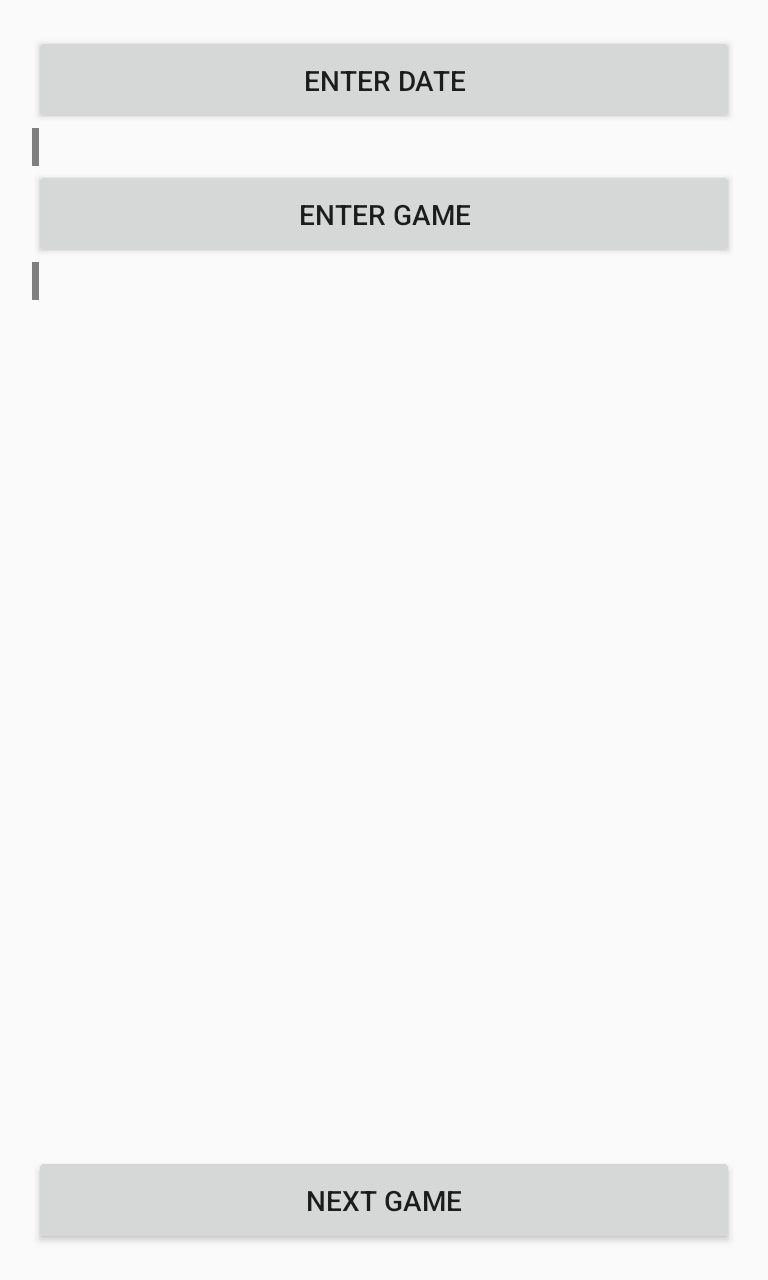
Repository: charlesweng/school
Layout: simpleandroidapps/GettingToKnowUIActivities/charleswengScoringProject/charleswengScoring/res/layout/activity_main.xml
The author's editor kept a copy of each file at every save. The layout is drawn from the files as they stood at one save, then again after the next save.
Pictures or frames that could not be fetched are drawn as grey boxes. It is drawn on a 768 x 1280 px phone screen (xhdpi) without system bars, with theme AppTheme; the app's code is not run.

Above is the layout before, as saved 2014-04-28 06:48:57.

### simpleandroidapps/GettingToKnowUIActivities/charleswengScoringProject/charleswengScoring/res/layout/activity_main.xml
<?xml version="1.0" encoding="utf-8"?>
<RelativeLayout xmlns:android="http://schemas.android.com/apk/res/android"
    xmlns:tools="http://schemas.android.com/tools"
    android:id="@+id/container"
    android:layout_width="match_parent"
    android:layout_height="match_parent"
    android:paddingBottom="@dimen/activity_vertical_margin"
    android:paddingLeft="@dimen/activity_horizontal_margin"
    android:paddingRight="@dimen/activity_horizontal_margin"
    android:paddingTop="@dimen/activity_vertical_margin"
    >


    <Button
        android:id="@+id/datebutton"
        android:layout_width="fill_parent"
        android:layout_height="wrap_content"
        android:layout_alignParentTop="true"
        android:layout_centerHorizontal="true"
        android:text="@string/enter_date"
        android:onClick="showDatePickerDialog"/>

	<fragment
	    android:name="com.example.charleswengscoring.DateFragment"
	    android:id="@+id/fragment_date"
	    android:layout_width="wrap_content"
	    android:layout_height="wrap_content"
	    android:layout_below="@+id/datebutton"
	/>

    <Button
        android:id="@+id/gamebutton"
        android:layout_width="fill_parent"
        android:layout_height="wrap_content"
        android:onClick="clickGame"
        android:layout_below="@+id/fragment_date"
        android:text="@string/enter_game" />

    <fragment
        android:name="com.example.charleswengscoring.TeamFragment"
        android:id="@+id/fragment_team"
        android:layout_width="wrap_content"
        android:layout_height="wrap_content"
        android:layout_below="@+id/gamebutton"
    />

    <Button
        android:id="@+id/nextbutton"
        android:layout_width="fill_parent"
        android:layout_height="wrap_content"
        android:layout_alignParentBottom="true"
        android:layout_centerHorizontal="true"
        android:onClick="clickNext"
        android:text="@string/next_game" />


</RelativeLayout>

### simpleandroidapps/GettingToKnowUIActivities/charleswengScoringProject/charleswengScoring/res/values/strings.xml
<?xml version="1.0" encoding="utf-8"?>
<resources>

    <string name="app_name">charleswengScoring</string>
    <string name="hello_world">Hello world!</string>
    <string name="action_settings">Settings</string>
    <string name="enter_date">Enter Date</string>
    <string name="date">Date</string>
    <string name="enter_game">Enter Game</string>
    <string name="team_1">Team 1</string>
    <string name="team_2">Team 2</string>
    <string name="team_1_edit">Team 1:</string>
    <string name="team_2_edit">Team 2:</string>
    <string name="zero">0</string>
    <string name="next_game">Next Game</string>
    <string name="title_activity_date_picker">DatePicker</string>
	<string name="done">Done</string>
	<string name="score">Score:</string>
	<string-array name="team_name">
	    	<item>Atlanta Hawks</item>
			<item>Boston Celtics</item>
			<item>Brooklyn Nets</item>
			<item>Charlotte Bobcats</item>
			<item>Chicago Bulls</item>
			<item>Cleveland Cavaliers</item>
			<item>Dallas Mavericks</item>
			<item>Denver Nuggets</item>
			<item>Detroit Pistons</item>
			<item>Golden State Warriors</item>
			<item>Houston Rockets</item>
			<item>Indiana Pacers</item>
			<item>Los Angeles Clippers</item>
			<item>Los Angeles Lakers</item>
			<item>Memphis Grizzlies</item>
			<item>Miami Heat</item>
			<item>Milwaukee Bucks</item>
			<item>Minnesota Timberwolves</item>
			<item>New Orleans Pelicans</item>
			<item>New York Knicks</item>
			<item>Oklahoma City Thunder</item>
			<item>Orlando Magic</item>
			<item>Philadelphia 76ers</item>
			<item>Phoenix Suns</item>
			<item>Portland Trail Blazers</item>
			<item>Sacramento Kings</item>
			<item>San Antonio Spurs</item>
			<item>Toronto Raptors </item>
			<item>Utah Jazz</item>
			<item>Washington Wizards</item>
 	</string-array>
</resources>

Loaded but not shown: simpleandroidapps/GettingToKnowUIActivities/charleswengScoringProject/charleswengScoring/res/values/styles.xml (common file); simpleandroidapps/GettingToKnowUIActivities/charleswengScoringProject/charleswengScoring/res/values-v11/styles.xml (common file); simpleandroidapps/GettingToKnowUIActivities/charleswengScoringProject/charleswengScoring/res/values-v14/styles.xml (common file); simpleandroidapps/GettingToKnowUIActivities/charleswengScoringProject/charleswengScoring/res/values/dimens.xml (common file); simpleandroidapps/GettingToKnowUIActivities/charleswengScoringProject/charleswengScoring/res/values-w820dp/dimens.xml (common file)

After the next save:
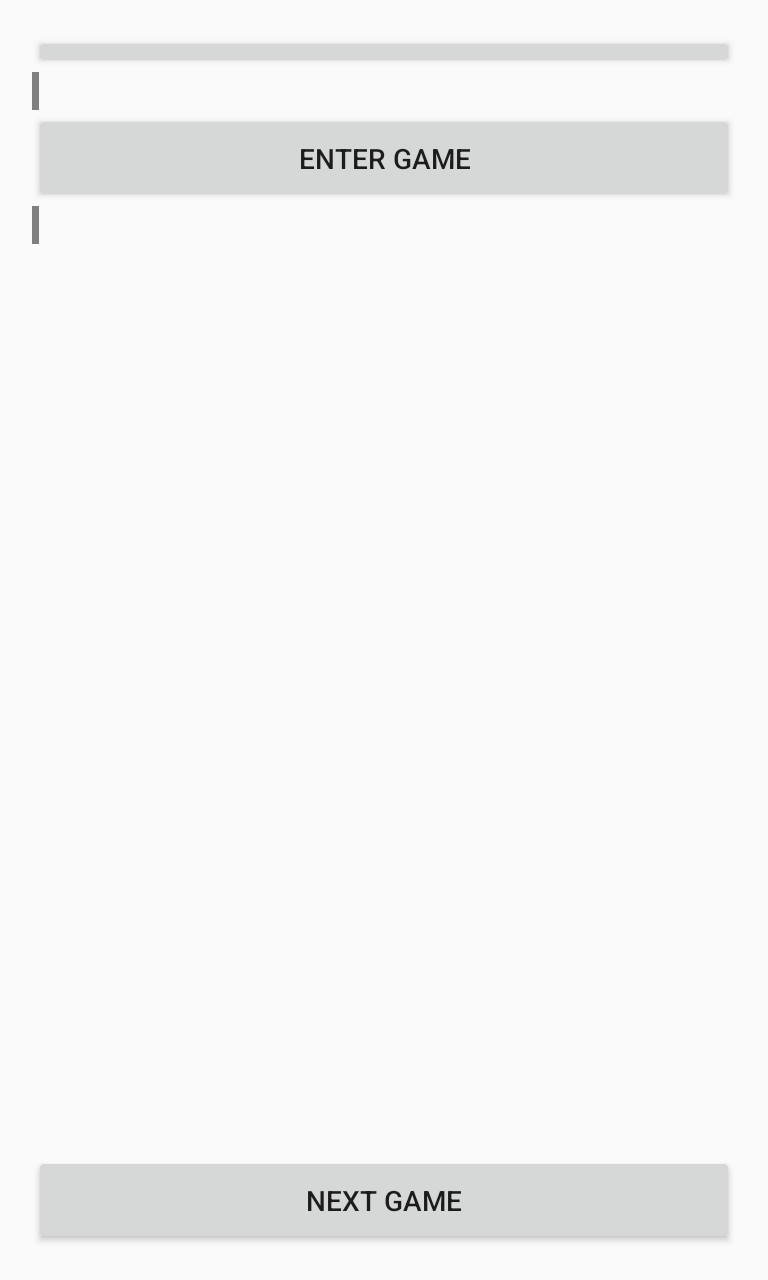
Saved 73 s later.
--- a/simpleandroidapps/GettingToKnowUIActivities/charleswengScoringProject/charleswengScoring/res/layout/activity_main.xml
+++ b/simpleandroidapps/GettingToKnowUIActivities/charleswengScoringProject/charleswengScoring/res/layout/activity_main.xml
@@ -14,7 +14,7 @@
     <Button
         android:id="@+id/datebutton"
         android:layout_width="fill_parent"
-        android:layout_height="wrap_content"
+        android:layout_height="20dp"
         android:layout_alignParentTop="true"
         android:layout_centerHorizontal="true"
         android:text="@string/enter_date"
